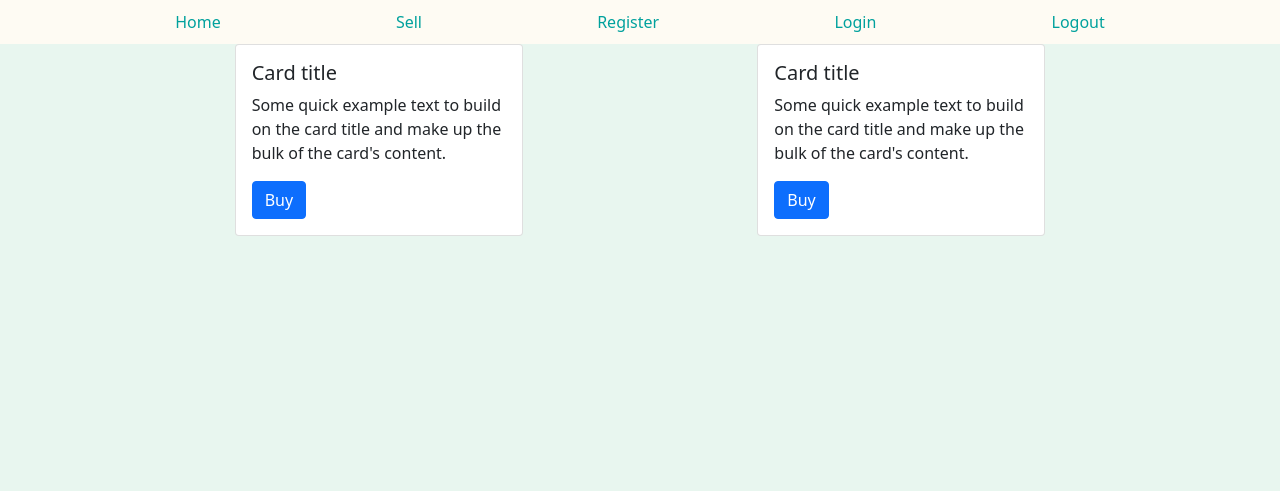
Repository: RiteshK555/itw-project
Page: http://localhost/
An editor plug-in stored every save of this project. The page is shown before and after the next save, followed by the edit.
The browser window is 1280 px wide. The pictures show the whole page.
The page is served by the project's application, run on Django 3.2 (student_olx/manage.py). The page reads the database file committed with the project.

Above is the page before, as saved 2021-09-19 13:34:13.

After the next save:
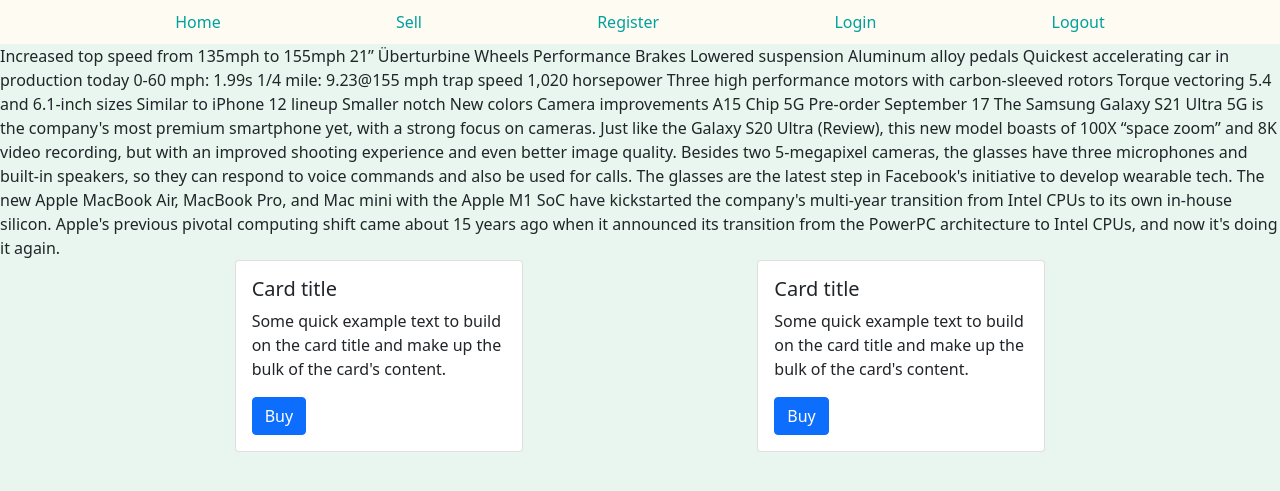
Saved 4 s later.
--- a/student_olx/main/templates/main/home.html
+++ b/student_olx/main/templates/main/home.html
@@ -7,6 +7,9 @@
 <link rel="stylesheet" type="text/css" href="{% static 'main/home.css'%}">
 {% endblock %}
 {%block content %}
+{%for product in  products%}
+{{product.description}}
+{%endfor%}
 <div id="itemz">
 <div class="card" style="width: 18rem;">
   {% comment %} <img src="..." class="card-img-top" alt="..."> {% endcomment %}
